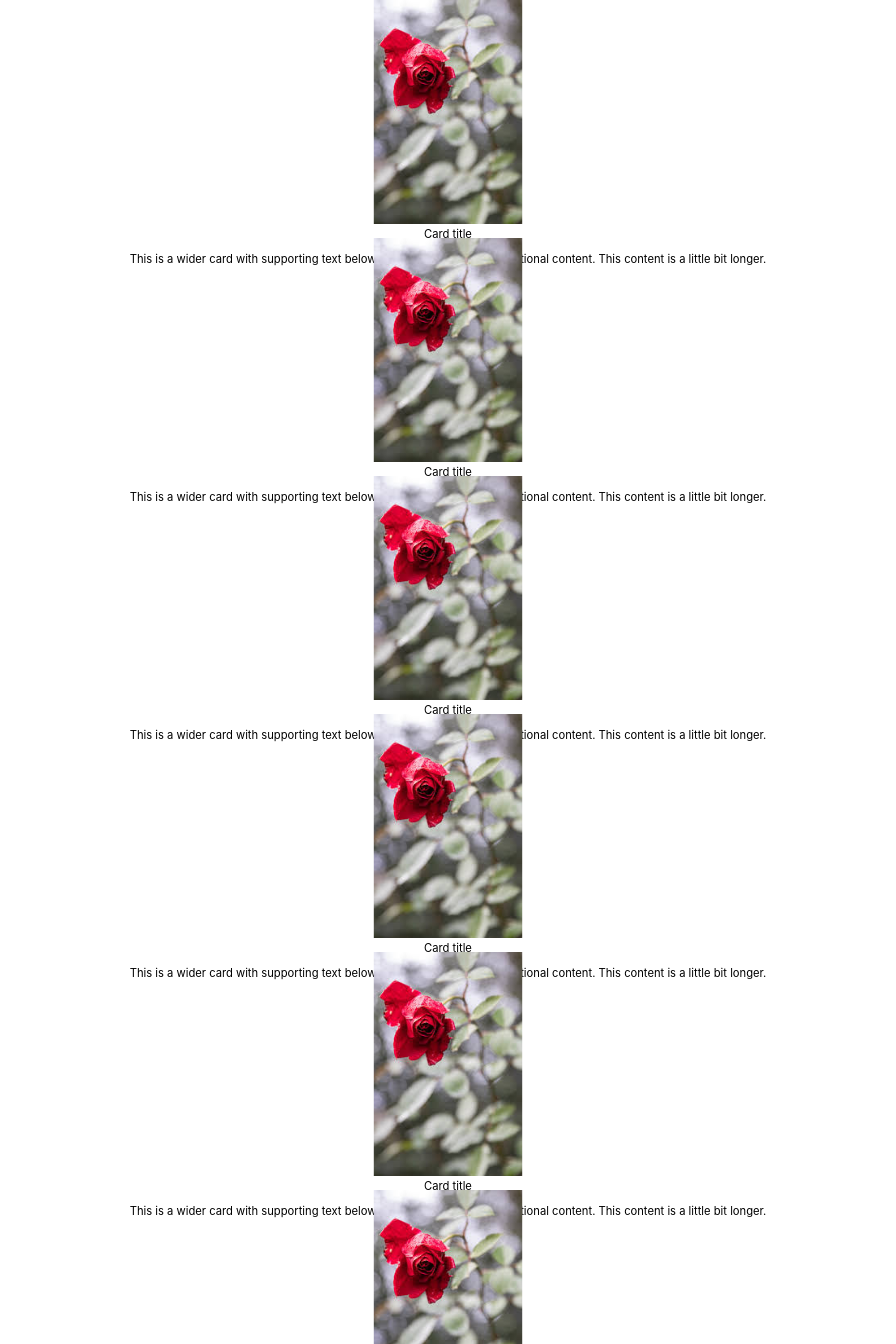
Repository: vakharia5/Preview
Page: /
An editor plug-in stored every save of this project. The page is shown before and after a run of saves, followed by the edit.
The browser window is 1280 px wide. The pictures show the part of the page from y = 0 to 1920 px (the page is 2760 px tall before and 720 px after), at 70% of full size.
The project was rebuilt for these pictures with package versions that can differ from the ones it lists, and the page was loaded fresh each time.

Above is the page before, as saved 2020-06-22 13:30:22.

### src/App.js
import React from 'react';
import logo from './logo.svg';
import './App.css';
import CardList from './components/CardList';

function App() {
  return (
    <div className="App">
    <CardList/>

    </div>
  );
}

export default App;

### src/components/CardList.js
import React, { Component } from 'react'
import {Card,Container,Row,Col} from 'react-bootstrap';
import img from '../assets/Images/download.jpg';

class CardList extends Component {
    render() {
        return (
   <div>
       <Container>
       <Row sm={1} md={2} lg={4}>
        <Card  border="secondary" style={{ height : '20rem'}}>
  <Card.Img src={img} alt="Card image" style={{ height : '20rem'}} />
  <Card.ImgOverlay>
    <Card.Title>Card title</Card.Title>
    <Card.Text>
      This is a wider card with supporting text below as a natural lead-in to
      additional content. This content is a little bit longer.
    </Card.Text>
  </Card.ImgOverlay>
</Card>
 <br />
 <Card  border="secondary" style={{height : '20rem'}}>
  <Card.Img src={img} alt="Card image" style={{height : '20rem'}} />
  <Card.ImgOverlay>
    <Card.Title>Card title</Card.Title>
    <Card.Text>
      This is a wider card with supporting text below as a natural lead-in to
      additional content. This content is a little bit longer.
    </Card.Text>
  </Card.ImgOverlay>
</Card>
 <br />
 <Card  border="secondary" style={{ height : '20rem'}}>
  <Card.Img src={img} alt="Card image" style={{ height : '20rem'}} />
  <Card.ImgOverlay>
    <Card.Title>Card title</Card.Title>
    <Card.Text>
      This is a wider card with supporting text below as a natural lead-in to
      additional content. This content is a little bit longer.
    </Card.Text>
  </Card.ImgOverlay>
</Card>
 <br />
 <Card  border="secondary" style={{height : '20rem'}}>
  <Card.Img src={img} alt="Card image" style={{ height : '20rem'}} />
  <Card.ImgOverlay>
    <Card.Title>Card title</Card.Title>
    <Card.Text>
      This is a wider card with supporting text below as a natural lead-in to
      additional content. This content is a little bit longer.
    </Card.Text>
  </Card.ImgOverlay>
</Card>
 <br />
 <Card  border="secondary" style={{height : '20rem'}}>
  <Card.Img src={img} alt="Card image" style={{ height : '20rem'}} />
  <Card.ImgOverlay>
    <Card.Title>Card title</Card.Title>
    <Card.Text>
      This is a wider card with supporting text below as a natural lead-in to
      additional content. This content is a little bit longer.
    </Card.Text>
  </Card.ImgOverlay>
</Card>
 <br />
 <Card  border="secondary" style={{height : '20rem'}}>
  <Card.Img src={img} alt="Card image" style={{ height : '20rem'}} />
  <Card.ImgOverlay>
    <Card.Title>Card title</Card.Title>
    <Card.Text>
      This is a wider card with supporting text below as a natural lead-in to
      additional content. This content is a little bit longer.
    </Card.Text>
  </Card.ImgOverlay>
</Card>
 <br />
 <Card  border="secondary" style={{height : '20rem'}}>
  <Card.Img src={img} alt="Card image" style={{ height : '20rem'}} />
  <Card.ImgOverlay>
    <Card.Title>Card title</Card.Title>
    <Card.Text>
      This is a wider card with supporting text below as a natural lead-in to
      additional content. This content is a little bit longer.
    </Card.Text>
  </Card.ImgOverlay>
</Card>
 <br />
 <Card  border="secondary" style={{height : '20rem'}}>
  <Card.Img src={img} alt="Card image" style={{ height : '20rem'}} />
  <Card.ImgOverlay>
    <Card.Title>Card title</Card.Title>
    <Card.Text>
      This is a wider card with supporting text below as a natural lead-in to
      additional content. This content is a little bit longer.
    </Card.Text>
  </Card.ImgOverlay>
</Card>
 <br />
 </Row>
 </Container>
      </div>
        )
        }
}
export default CardList

### src/assets/data.json
[
    {
        "id": 1,
        "name": "Explore",
        "image": ""
    },
   {
        "id": 2,
        "name": "Pyramids",
        "image": ""
    },
    {
        "id": 3,
        "name": "Discover",
        "image": ""
    },
    {
        "id": 4,
        "name": "Endless",
        "image": ""
    },
     {
        "id": 5,
        "name": "Explore",
        "image": ""
    },
    {
        "id": 6,
        "name": "Pyramids",
        "image": ""

    },
    {
        "id": 7,
        "name": "Discover",
        "image": ""

    },
    {
        "id": 8,
        "name": "Endless",
        "image": ""
    },

]

Loaded but not shown: src/index.js (common file); src/index.css (common file); src/serviceWorker.js (common file); src/App.css (common file)

After the next 2 saves:
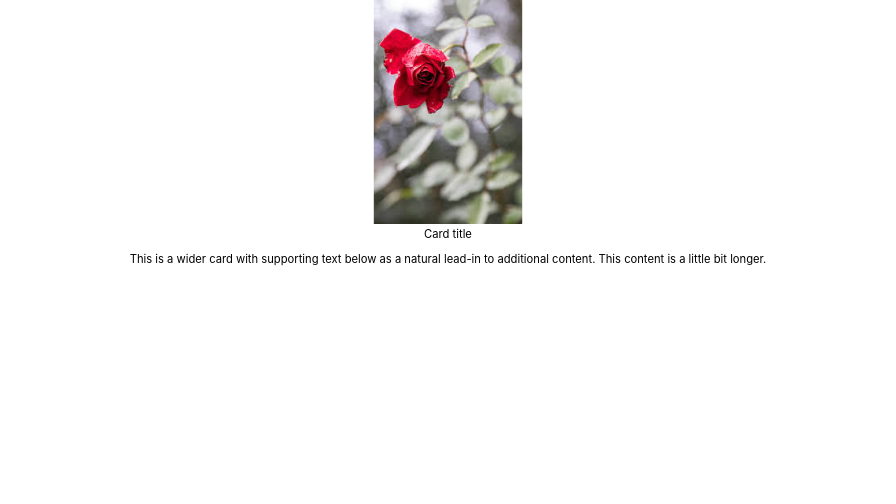
The 2 saves are shown as one change because 1 did not build or start.
The last was saved 85 s later.
--- a/src/components/CardList.js
+++ b/src/components/CardList.js
@@ -1,6 +1,7 @@
 import React, { Component } from 'react'
 import {Card,Container,Row,Col} from 'react-bootstrap';
 import img from '../assets/Images/download.jpg';
+import Data from '../assets/data.json';
 
 class CardList extends Component {
     render() {
@@ -19,7 +20,7 @@ class CardList extends Component {
   </Card.ImgOverlay>
 </Card>
  <br />
- <Card  border="secondary" style={{height : '20rem'}}>
+ {/* <Card  border="secondary" style={{height : '20rem'}}>
   <Card.Img src={img} alt="Card image" style={{height : '20rem'}} />
   <Card.ImgOverlay>
     <Card.Title>Card title</Card.Title>
@@ -95,7 +96,7 @@ class CardList extends Component {
     </Card.Text>
   </Card.ImgOverlay>
 </Card>
- <br />
+ <br /> */}
  </Row>
  </Container>
       </div>
--- a/src/assets/data.json
+++ b/src/assets/data.json
@@ -40,6 +40,6 @@
         "id": 8,
         "name": "Endless",
         "image": ""
-    },
+    }
 
 ]
